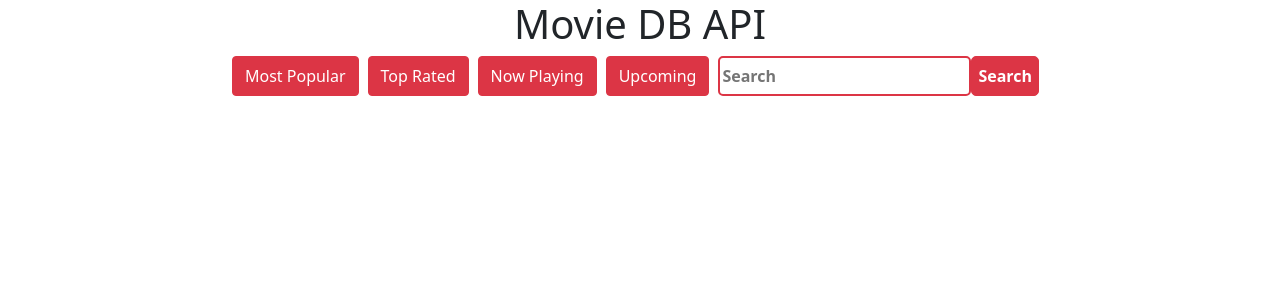
Repository: chaampavictor/moviedbapi
Page: /
These files come from the project's save history. The page is drawn as it stood at one moment and after the next save; the edit follows.
The browser window is 1280 px wide. The pictures show the whole page.
The page's requests for data from a server got no answer. The project was rebuilt for these pictures with package versions that can differ from the ones it lists, and the page was loaded fresh each time. No one was signed in, and anything a server would have sent is missing.

Above is the page before, as saved 2022-01-13 13:44:34.

### src/App.js
import React, { useEffect, useState } from "react";
import axios from "axios";
import "./App.css";
import "bootstrap/dist/css/bootstrap.min.css";
import Modal from "react-bootstrap/Modal";
import Container from "react-bootstrap/Container";
import Row from "react-bootstrap/Row";
import Col from "react-bootstrap/Col";
import Button from "react-bootstrap/Button";
import { useCallback } from "react";
const api_key = "872c70d736d1ef4484522f734137927d";
const BASE_URL = "https://api.themoviedb.org/3";
const getImage = (path) => `https://image.tmdb.org/t/p/w300/${path}`;

function App() {
  const [data, setData] = useState([]);
  const [details, setDetails] = useState([]);
  const [show, setShow] = useState(false);
  const [name, setName] = useState("");
  const [count, setCount] = useState(0);
  const handleClose = () => setShow(false);

  const api = axios.create({ baseURL: BASE_URL });

  const getUpcoming = api.get("/movie/popular", { params: { api_key } });
  const getgenre = api.get("/genre/movie/list", { params: { api_key } });

  useEffect(() => {
    getUpcoming.then((res) => {
      setData(res.data.results);
    });

    getgenre.then((res) => {
      // setData(res.data.results);
      console.log("get genre", res);
    });
  }, []);

  const GetMostPopular = () => {
    setCount(count + 1);

    const toprated = api.get("/movie/popular", { params: { api_key } });
    toprated.then((res) => {
      console.log("get popular", res.data.results);
      setData(res.data.results);
    });
  };

  const GetTopRated = (res) => {
    setCount(count + 1);

    const toprated = api.get("/movie/top_rated", { params: { api_key } });
    toprated.then((res) => {
      console.log("get top rated", res.data.results);
      setData(res.data.results);
    });
  };

  const GetPlaying = () => {
    setCount(count + 1);

    const latest = api.get("movie/now_playing", { params: { api_key } });
    latest.then((res) => {
      console.log("now_playing movies", res.data);
      setData(res.data.results);
    });
  };

  const GetUpcoming = () => {
    setCount(count + 1);

    const latest = api.get("movie/upcoming", { params: { api_key } });
    latest.then((res) => {
      console.log("latest movies", res.data);
      setData(res.data.results);
    });
  };

  const searchMovie = async (e) => {
    setCount(count + 1);

    e.preventDefault();

    console.log(name);
    const query = name;
    const latest = api.get("search/movie", { params: { api_key, query } });
    latest.then((res) => {
      setData(res.data.results);
    });
  };

  return (
    <div className="App">
      <h1 style={{ textAlign: "center" }}>Movie DB API</h1>
      <header>
        <div
          style={{
            display: "flex",
            justifyContent: "center",
            alignItems: "center",
            marginBottom: "12px",
          }}
        >
          <Button
            variant="danger"
            className="filterbutton"
            onClick={GetMostPopular}
          >
            Most Popular
          </Button>
          <Button
            variant="danger"
            className="filterbutton"
            onClick={GetTopRated}
          >
            Top Rated
          </Button>
          <Button
            variant="danger"
            className="filterbutton"
            onClick={GetPlaying}
          >
            {" "}
            Now Playing
          </Button>
          <Button
            variant="danger"
            className="filterbutton"
            onClick={GetUpcoming}
          >
            {" "}
            Upcoming
          </Button>

          <form onClick={searchMovie}>
            <label>
              <input
                type="text"
                value={name}
                onChange={(e) => setName(e.target.value)}
                placeholder="Search "
                className="searchbutton"
              />
            </label>
            <input type="submit" value="Search" className="submitbutton" />
          </form>
        </div>
        <Modal
          dialogClassName="modal-90w"
          aria-labelledby="example-custom-modal-styling-title"
          centered
          show={show}
          onHide={handleClose}
          animation={true}
        >
          <Row>
            <Col>
              <img
                src={getImage(details.poster_path)}
                alt="Nature"
                style={{ width: "100%", height: "466px" }}
              />
            </Col>
          </Row>
          <Container>
            <Row>
              <Col>
                <h4>{details.original_title}</h4>
                <p> release date: {details.release_date}</p>
                <p> popularity: {details.popularity}</p>

                <p> {details.overview}</p>
              </Col>
            </Row>
          </Container>
        </Modal>
        <div
          className="explore-card-columns  container-fluid"
          style={{ marginBottom: "100px" }}
        >
          {data.map((movie) => (
            <div className="item">
              <div class="hover01 column">
                <div>
                  <figure>
                    <img
                      onClick={() => {
                        console.log("record being passed", movie);
                        setShow(true);
                        setDetails(movie);
                      }}
                      src={getImage(movie.poster_path)}
                      alt="poster"
                      className="image-item"
                    />
                  </figure>
                </div>
              </div>
            </div>
          ))}
        </div>
      </header>
    </div>
  );
}

export default App;

### src/App.css
.explore-nav {
  padding-top: 30px;
}

.item {
  margin-bottom: 15px;
}

.image-item:hover {
  opacity: 0.5;
}

.container {
  position: relative;
  width: 50%;
}

.modalcontainer {
  background-color: red;
  position: relative;
  font-family: Arial;
}

.submitbutton {
  height: 40px;
  margin-right: 9px;
  background: #dc3545;
  border: #dc3545 1px solid;
  border-radius: 5px;
  color: white;
  font-weight: bolder;
}

.searchbutton {
  border: 2px solid #dc3545;

  height: 40px;
  /* margin-right: 9px; */

  border-radius: 5px;

  font-weight: bolder;
}

.text-block {
  position: absolute;
  bottom: 260px;
  height: 210px;
  /* right: 150px; */
  /* background-color: #000000db; */
  color: white;
  padding-left: 20px;
  padding-right: 20px;
}

.image-item {
  opacity: 1;
  display: block;
  width: 100%;
  height: auto;
  transition: 0.5s ease;
  backface-visibility: hidden;
  border-radius: 52px;
  cursor: pointer;
}

.container:hover .image {
  opacity: 0.3;
}

.container:hover .middle {
  opacity: 1;
}

.text {
  background-color: red;
  color: white;
  font-size: 16px;
  padding: 16px 32px;
}

.modal-header {
  display: flex;
  flex-shrink: 0;
  align-items: center;
  justify-content: space-between;
  padding: 1rem 1rem;
  border-bottom: none !important;
  border-top-left-radius: calc(0.3rem - 1px);
  border-top-right-radius: calc(0.3rem - 1px);
}

.filterbutton {
  height: 40px;
  margin-right: 9px;
  background: red;
  border: red 1px solid;
  border-radius: 5px;
  color: white;
  font-weight: bolder;
}

.figure {
  width: 200px;
  height: 150px;
  margin: 0;
  padding: 0;
  background: #fff;
  overflow: hidden;
}
.figure:hover + span {
  bottom: -36px;
  opacity: 1;
}

/* Zoom In #1 */
.hover01 figure img {
  -webkit-transform: scale(0.9);
  transform: scale(1);
  -webkit-transition: 0.3s ease-in-out;
  transition: 0.3s ease-in-out;
}
.hover01 figure:hover img {
  -webkit-transform: scale(1);
  transform: scale(1.04);
}

.explore-body .card-body:hover {
  /* color: #30adb4; */
  background: "#32c709";
}

.card {
  border: 0px solid rgba(0, 0, 0, 0.125) !important;
}

.user-reaction div {
  padding-right: 20px;
}

.explore-card-columns .card {
  margin-bottom: 0.79rem;
}
@media screen and (min-width: 992px) {
  .explore-card-columns {
    -webkit-column-count: 4;
    -moz-column-count: 4;
    column-count: 4;
    -webkit-column-gap: 1.25rem;
    -moz-column-gap: 1.25rem;
    column-gap: 1.25rem;
  }
  .explore-card-columns .card {
    display: inline-block;
    width: 100%;
  }
}
@media screen and (max-width: 992px) {
  .explore-card-columns {
    -webkit-column-count: 2;
    -moz-column-count: 2;
    column-count: 2;
  }
}
@media screen and (max-width: 600px) {
  .explore-card-columns {
    -webkit-column-count: 1;
    -moz-column-count: 1;
    column-count: 1;
  }
}

Loaded but not shown: public/index.html (common file); src/index.js (common file); src/index.css (common file); src/reportWebVitals.js (common file)

After the next save:
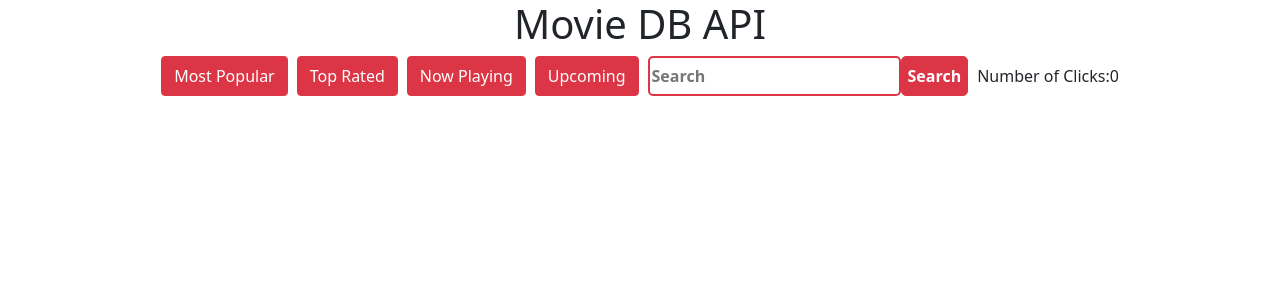
Saved 29 s later.
--- a/src/App.js
+++ b/src/App.js
@@ -131,7 +131,6 @@ function App() {
             {" "}
             Upcoming
           </Button>
-
           <form onClick={searchMovie}>
             <label>
               <input
@@ -144,6 +143,7 @@ function App() {
             </label>
             <input type="submit" value="Search" className="submitbutton" />
           </form>
+          Number of Clicks:{count}
         </div>
         <Modal
           dialogClassName="modal-90w"
